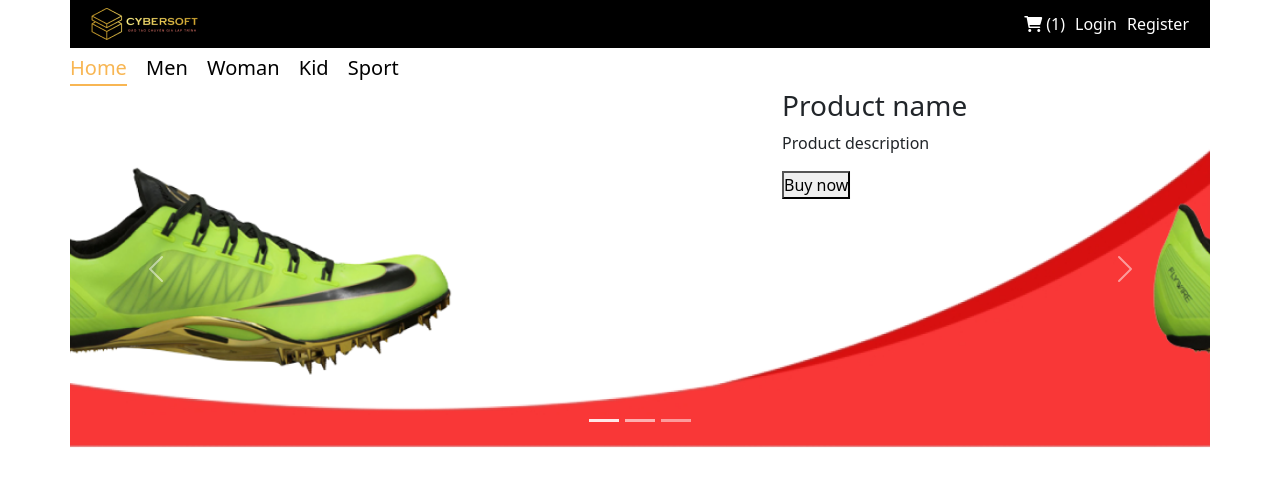
Repository: minhtrivu6199/Capstone_Shop
Page: index.html
These files come from the project's save history. The page is drawn as it stood at one moment and after the next save; the edit follows.
The browser window is 1280 px wide. The pictures show the whole page.
The style sheet was rebuilt from its Sass, Less or Tailwind sources for each picture, by a compiler version that may differ from the author's.

Above is the page before, as saved 2022-11-01 16:02:28.

After the next save:
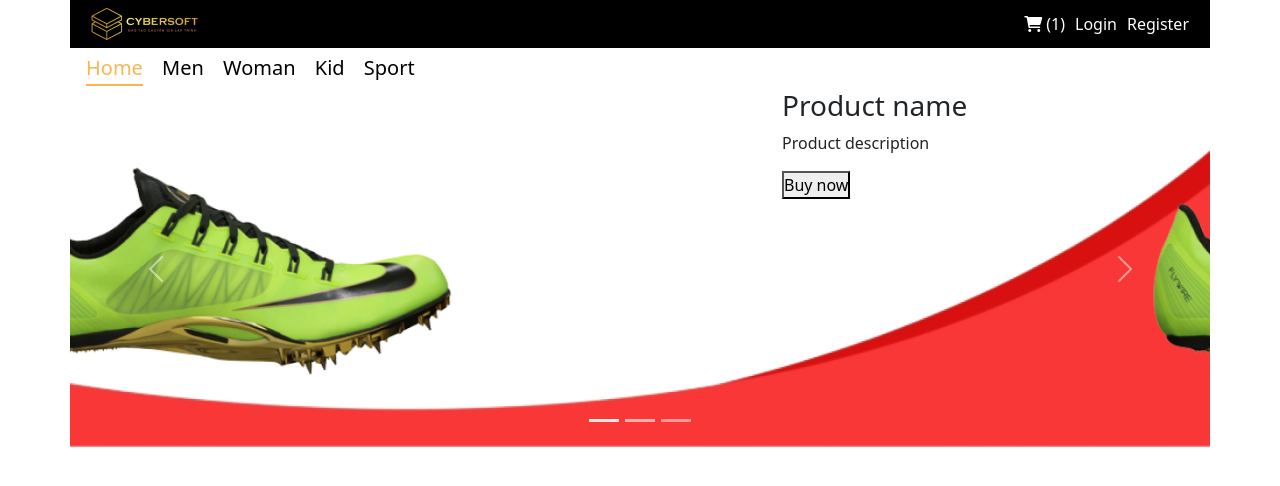
Saved 11 s later.
--- a/index.html
+++ b/index.html
@@ -56,7 +56,7 @@
       </div>
       <div class="container">
         <div class="menu py-2">
-          <div class="menu-items">
+          <div class="menu-items ms-3">
             <a class="active" href="">Home</a>
             <a href="">Men</a>
             <a href="">Woman</a>
